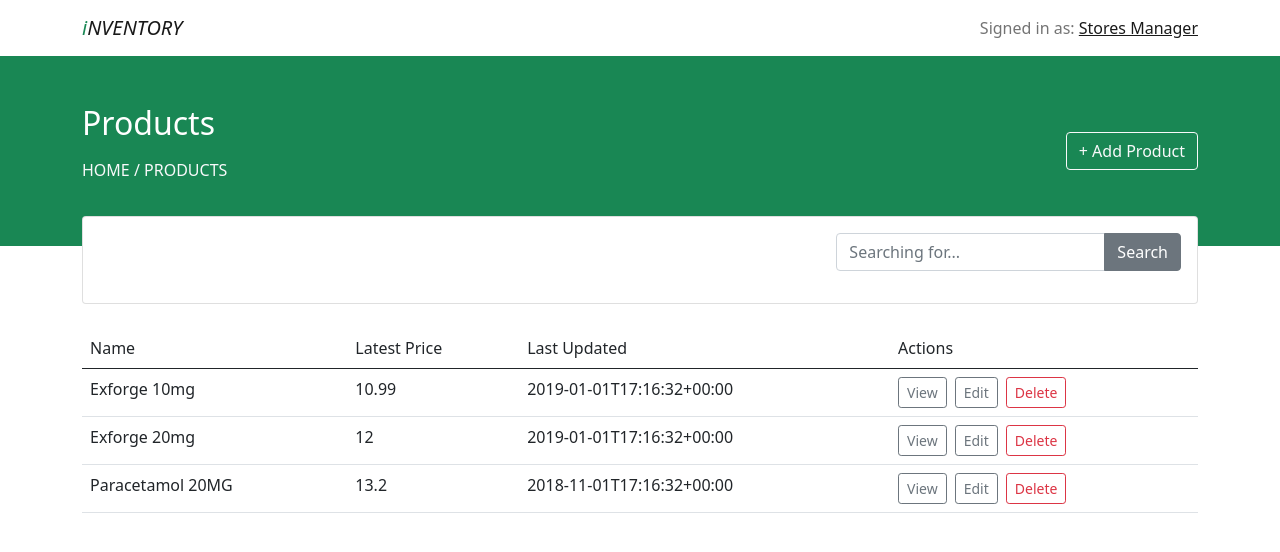
Repository: tHEO2k17/inventory-manager
Page: /
The author's editor kept a copy of each file at every save. The page is drawn from the files as they stood at one save, then again after the next save.
The browser window is 1280 px wide. The pictures show the whole page.
The project was rebuilt for these pictures with package versions that can differ from the ones it lists, and the page was loaded fresh each time.

Above is the page before, as saved 2021-08-31 09:30:26.

### src/index.tsx
import React from 'react';
import ReactDOM from 'react-dom';
import './index.scss';
import App from './presentation/App';

ReactDOM.render(
  <React.StrictMode>
    <App />
  </React.StrictMode>,
  document.getElementById('root')
);

### src/index.scss
@import '~bootstrap/scss/bootstrap.scss';

.mtn-30{
    margin-top: -30px;
}

### src/presentation/App.tsx
import ProductsPage from './pages/ProductsPage';

export default function App() {
  return ( <ProductsPage/> );
}

### src/presentation/pages/ProductsPage.tsx
import { Component } from "react"
import { Button, Card, Col, Container, FormControl, InputGroup, Row, Table } from "react-bootstrap";
import { mock } from "../../core/mock";
import Banner from "../components/Banner";
import Product from "../components/Product";
import ProductForm from "../components/ProductForm";
import TopBar from "../components/TopBar";

export default class ProductsPage extends Component {
    // constructor(props: any) {
    //     super(props);
    // }

    render() {
        return (
            <>
                <TopBar />
                <Banner />
                <Container>
                    <Card className="mtn-30">
                        <Card.Body>
                            <Row>
                                <Col></Col>
                                <Col md="4">
                                    <InputGroup className="mb-3">
                                        <FormControl
                                            placeholder="Searching for..."
                                            aria-label="Searching for..."
                                            aria-describedby="basic-addon2"
                                        />
                                        <Button variant="secondary" id="button-addon2"> Search</Button>
                                    </InputGroup>
                                </Col>
                            </Row>
                        </Card.Body>
                    </Card>
                    {/* <ProductForm /> */}
                    <br />
                    <Table>
                        <thead>
                            <tr>
                                <td>Name</td>
                                <td>Latest Price</td>
                                <td>Last Updated</td>
                                <td>Actions</td>
                            </tr>
                        </thead>
                        <tbody>
                            {
                                mock.products.map(product => <Product key={product.id} product={product} />)
                            }
                        </tbody>
                    </Table>
                </Container>
            </>
        );
    }
}

### src/core/mock.ts
export const mock = {
    "products": [
        {
            "id": 1,
            "name": "Exforge 10mg",
            "prices": [
                {
                    "id": 1,
                    "price": 10.99,
                    "date": "2019-01-01T17:16:32+00:00"
                },
                {
                    "id": 2,
                    "price": 9.20,
                    "date": "2018-11-01T17:16:32+00:00"
                }
            ]
        },
        {
            "id": 2,
            "name": "Exforge 20mg",
            "prices": [
                {
                    "id": 3,
                    "price": 12.00,
                    "date": "2019-01-01T17:16:32+00:00"
                },
                {
                    "id": 4,
                    "price": 13.20,
                    "date": "2018-11-01T17:16:32+00:00"
                }
            ]
        },
        {
            "id": 3,
            "name": "Paracetamol 20MG",
            "prices": [
                {
                    "id": 5,
                    "price": 5.00,
                    "date": "2017-01-01T17:16:32+00:00"
                },
                {
                    "id": 6,
                    "price": 13.20,
                    "date": "2018-11-01T17:16:32+00:00"
                }
            ]
        }
    ]
};

### src/presentation/components/Banner.tsx
import { Button, Col, Container, Row } from "react-bootstrap";

const Banner = () => {
    return (
        <section className="bg-success">
            <Container className="py-5 text-white">
                <Row className="align-items-center">
                    <Col>
                        <h2>Products</h2>
                        <p className="text-light mt-3 fw-light fs-6">HOME / PRODUCTS</p>
                    </Col>
                    <Col>
                        <Button variant="outline-light" className="float-end">+ Add Product</Button>
                    </Col>
                </Row>
            </Container>
        </section>
    );
}

export default Banner;

### src/presentation/components/Product.tsx
import { Button } from "react-bootstrap"
import moment from 'moment';

const Product = ({ product }: ProductProps) => {

    const findLatestPriceInfo = (prices: any[]): any => {
        return prices.reduce(
            (acc: any, value: any) =>
                moment(acc.date).isAfter(value.date)
                    ? acc
                    : value
        );
    }

    return (
        <tr>
            <td>{product.name}</td>
            <td>{findLatestPriceInfo(product.prices).price}</td>
            <td>{findLatestPriceInfo(product.prices).date}</td>
            <td>
                <Button size="sm" variant="outline-secondary">View</Button>
                <Button size="sm" variant="outline-secondary" className="mx-2">Edit</Button>
                <Button size="sm" variant="outline-danger">Delete</Button>
            </td>
        </tr>
    );

}

export default Product;

type ProductProps = {
    key: any,
    product: any
}

### src/presentation/components/TopBar.tsx
import { Container, Navbar } from "react-bootstrap";

const TopBar = () => {
    return (
        <Navbar>
            <Container>
                <Navbar.Brand href="#home" className="fst-italic"><span className="text-success">i</span>NVENTORY</Navbar.Brand>
                <Navbar.Toggle />
                <Navbar.Collapse className="justify-content-end">
                    <Navbar.Text>
                        Signed in as: <a href="#login">Stores Manager</a>
                    </Navbar.Text>
                </Navbar.Collapse>
            </Container>
        </Navbar>
    );
}

export default TopBar;

Loaded but not shown: public/index.html (common file)

After the next save:
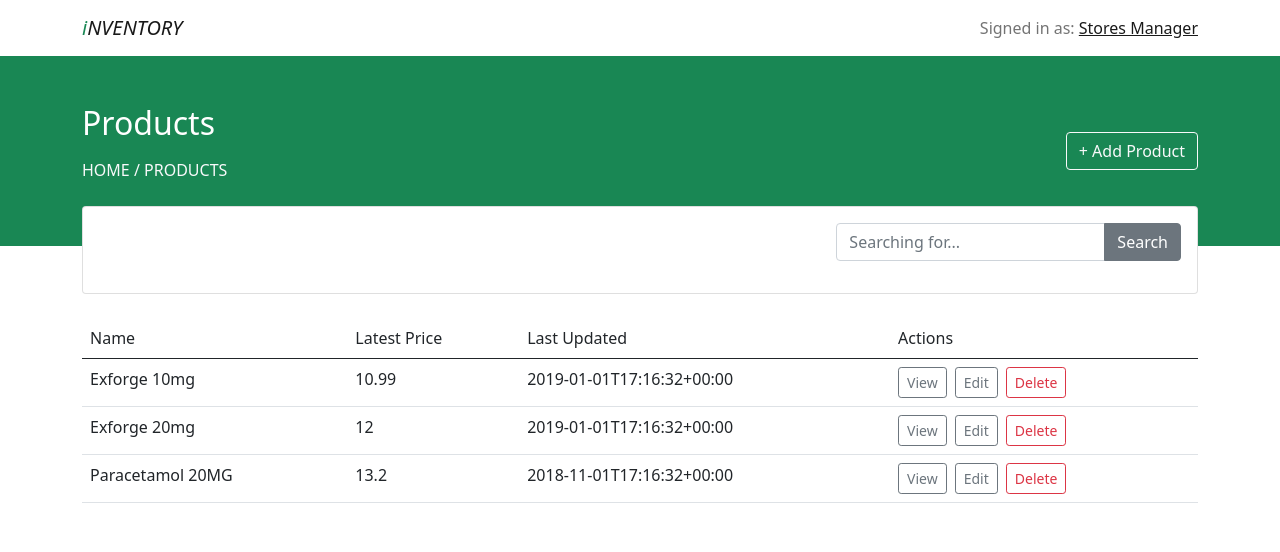
Saved 11 s later.
--- a/src/index.scss
+++ b/src/index.scss
@@ -1,5 +1,5 @@
 @import '~bootstrap/scss/bootstrap.scss';
 
 .mtn-30{
-    margin-top: -30px;
+    margin-top: -40px;
 }
